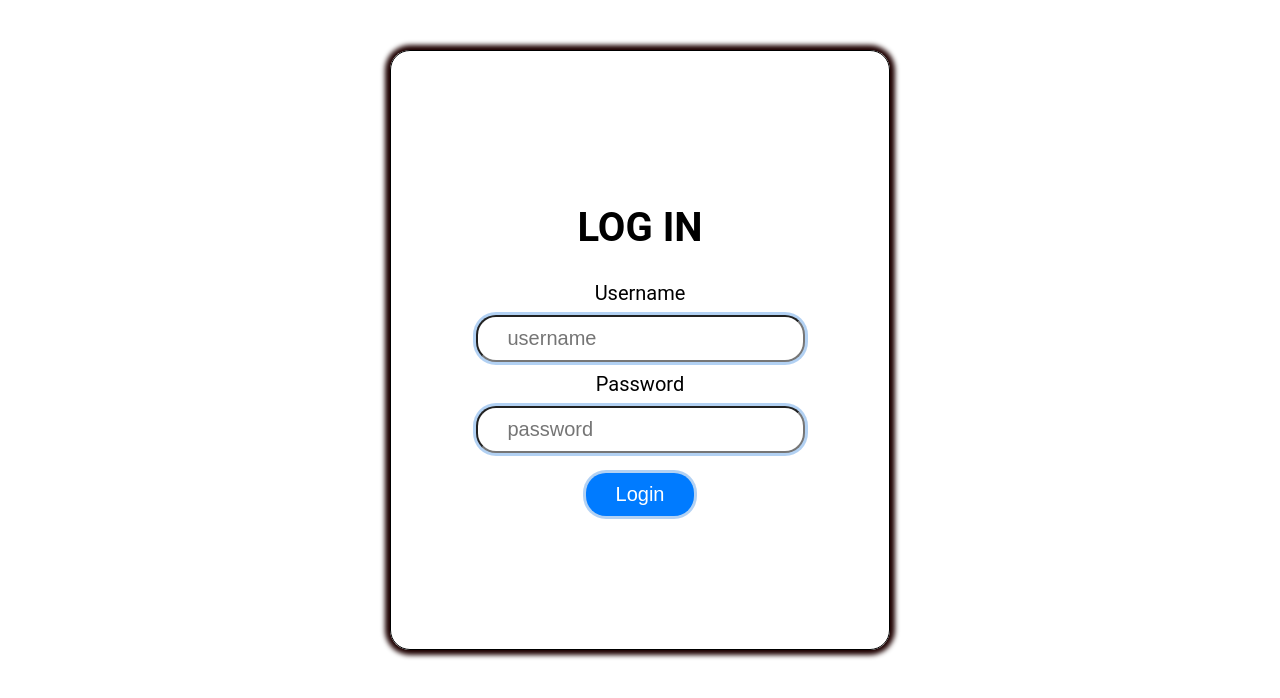
Repository: huyna1707/learning-git
Page: index.html
An editor plug-in stored every save of this project. The page is shown before and after a run of saves, followed by the edit.
The browser window is 1280 px wide. The pictures show the whole page.

Above is the page before, as saved 2024-08-09 23:29:49.

### index.html
<!DOCTYPE html>
<html>
<head>
    <title>Form Login</title>
    <link rel="stylesheet" href="style.css">
    <script defer src="main.js"></script>
</head>
<body>
    <form action="menu">
        <h4>LOG IN</h4>
        <label for="username">Username</label>
        <input type="text" placeholder="username" id="username">
        <label for="passworld">Password</label>
        <input type="password" placeholder="password" id="password">
        <button type="button" onclick="login()">Login</button>
    </form>
</body>
</html>

### style.css
*{
    margin: 0;
    padding: 0;
    box-sizing: border-box;
}

html{
    font-size: 15px;
    font-family: 'Roboto', sans-serif;
    display: flex;
    justify-content: center;
    align-items: center;
}

form{
    width: 500px;
    height: 600px;
    display: flex;
    flex-direction: column;
    justify-content: center;
    align-items: center;
    margin: 50px 0;
    border: 1px solid black;
    border-radius: 20px;
    box-shadow: rgb(30, 0, 0) 0 0 5px 5px;
}

form h4{
    font-size: 40px;
    font-weight: 600;
    margin: 30px;;
}
form label{
    font-size : 20px;
}
form input{
    border-radius: 20px;
    font-size: 20px;
    padding: 10px 30px;
    box-shadow: rgba(3, 102, 214, 0.3) 0px 0px 0px 3px;
    margin : 10px;
}

form button{
    border: none;
    border-radius: 20px;
    font-size: 20px;
    padding: 10px 30px;
    background-color: #007bff;
    color: white;
    box-shadow: rgba(3, 102, 214, 0.3) 0px 0px 0px 3px;
    margin : 10px;
}

form button:hover{
    color: black;
    transition: 0.3s ease;
}

### main.js
// window.prompt('What is your name?');

After the next 2 saves:
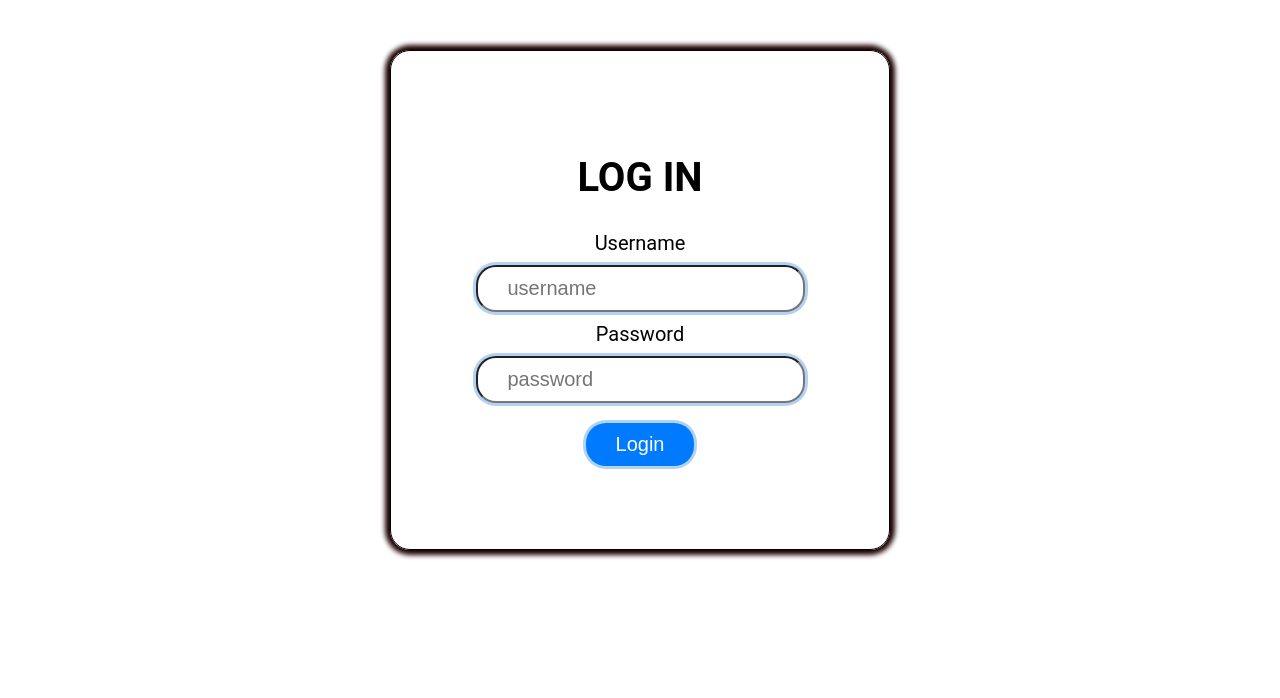
The 2 saves are shown as one change because they came seconds apart.
The last was saved 6 s later.
--- a/style.css
+++ b/style.css
@@ -14,7 +14,7 @@ html{
 
 form{
     width: 500px;
-    height: 600px;
+    height: 500px;
     display: flex;
     flex-direction: column;
     justify-content: center;
